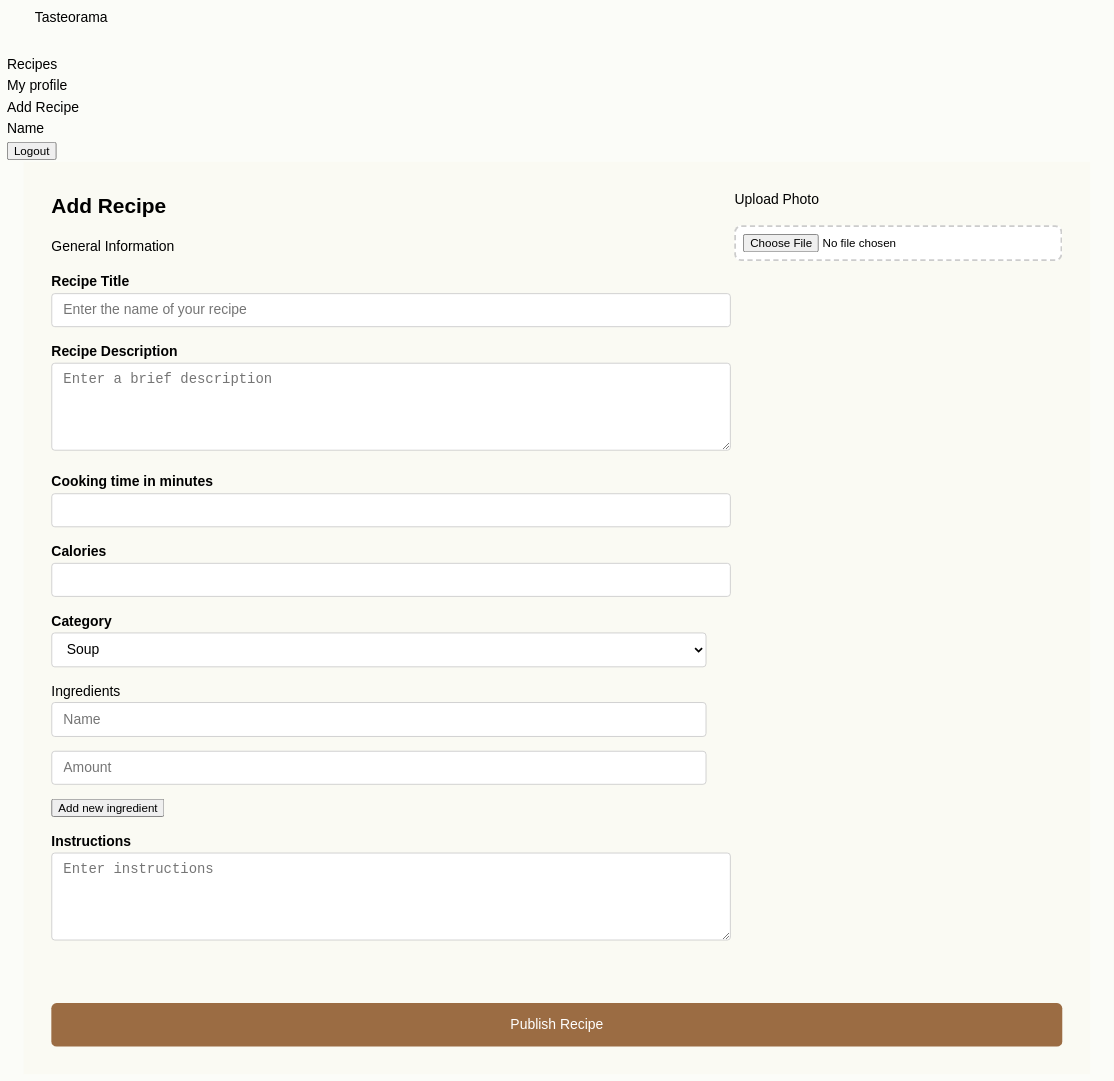
Repository: Alex-chernomor/frontEndRepo
Page: /
These files come from the project's save history. The page is drawn as it stood at one moment and after the next save; the edit follows.
The browser window is 1280 px wide. The pictures show the whole page, at 87% of full size.
The project was rebuilt for these pictures with package versions that can differ from the ones it lists, and the page was loaded fresh each time. Also part of the build but not shown: vite.config.js, src/sections/Header/Header.module.css.

Above is the page before, as saved 2025-07-03 22:59:28.

### index.html
<!DOCTYPE html>
<html lang="en">
  <head>
    <meta charset="UTF-8" />
    <link rel="icon" type="image/svg+xml" href="/logo.svg" />
    <meta name="viewport" content="width=device-width, initial-scale=1.0" />
    <title>Tasteorama</title>
  </head>
  <body>
    <div id="root"></div>
    <script type="module" src="/src/main.jsx"></script>
  </body>
</html>

### src/main.jsx
import { StrictMode } from "react";
import { createRoot } from "react-dom/client";
import { Provider } from "react-redux";
import { PersistGate } from "redux-persist/integration/react";
// import { store, persistor } from "./redux/store.js";
import "./index.css";
import App from "./App.jsx";
import { BrowserRouter } from "react-router-dom";

createRoot(document.getElementById("root")).render(
  <StrictMode>
    {/* <Provider store={store}> */}
    {/* <PersistGate persistor={persistor}> */}
    <BrowserRouter>
      <App />
    </BrowserRouter>
    {/* </PersistGate> */}
    {/* </Provider> */}
  </StrictMode>
);

### src/index.css
body {
  font-family: "Montserrat", sans-serif;
  line-height: 1.55;
  font-weight: 400;
  background-color: #fbfcf8;
  color: #000000;
  height: 100%;
}

h1,
h2,
h3,
h4,
h5,
h6,
p {
  margin: 0;
}

ul {
  margin: 0;
  padding: 0;
  list-style: none;
}

a {
  color: currentColor;
  text-decoration: none;
  cursor: pointer;
}

button {
  cursor: pointer;
  font-family: inherit;
}

img {
  display: block;
  width: 100%;
  height: auto;
  object-fit: cover;
}

input {
  color: inherit;
  font-family: inherit;
}

.container {
  min-width: 320px;
  max-width: 393px;
  padding-right: 16px;
  padding-left: 16px;
  margin: 0 auto;
}

@media screen and (min-width: 768px) {
  .container {
    max-width: 768px;
    padding-right: 32px;
    padding-left: 32px;
  }
}

@media screen and (min-width: 1440px) {
  .container {
    max-width: 1440px;
    padding-right: 108px;
    padding-left: 108px;
  }
}

### src/App.jsx
import React from "react";
import Header from "./sections/Header/Header";
// import ModalWindow from "./components/ModalWindow/ModalWindow";
import RecipeForm from "./components/RecipeForm/RecipeForm.jsx";

export default function App() {
  return (
    <div>
      <Header />
      {/* <ModalWindow /> */}
      <RecipeForm />
    </div>
  );
}

### src/sections/Header/Header.jsx
// Section header
// Use LogoComponent, Recipes link, User menu or AuthNav ( {isLoggedIn ? <UserMenu /> : <AuthNav />})
import Logo from "../../components/Logo/Logo.jsx";
import { Link, NavLink } from "react-router";
import clsx from "clsx";
import css from "./Header.module.css";

const getLinkStyles = ({ isActive }) => {
  return clsx(css.link, isActive && css.active);
};

export default function Header() {
  return (
    <div>
      <ul>
        <li>
          <Link to="/">
            <Logo />
          </Link>
        </li>
        <li>
          <NavLink to="/recipes" className={getLinkStyles}>
            Recipes
          </NavLink>
        </li>
        <li>
          <NavLink to="/user/profile" className={getLinkStyles}>
            My profile
          </NavLink>
        </li>
        <li>
          <NavLink to="/add-recipe" className={getLinkStyles}>
            Add Recipe
          </NavLink>
        </li>
      </ul>
      {/* <img src="" alt="" /> */}
      <p>Name</p>
      <button>Logout</button>
    </div>
  );
}

### src/components/RecipeForm/RecipeForm.jsx
import React, { useState } from "react";
import { Field, Form, Formik, ErrorMessage, FieldArray } from "formik";
import css from "./RecipeForm.module.css";
import * as Yup from "yup";

const RecipeSchema = Yup.object().shape({
  title: Yup.string().required("Required"),
  description: Yup.string().required("Required"),
  cookingTime: Yup.number().positive("Must be positive").required("Required"),
  calories: Yup.string().required("Required"),
  category: Yup.string().required("Required"),
  ingredients: Yup.array().of(
    Yup.object().shape({
      name: Yup.string().required("Required"),
      amount: Yup.string().required("Required"),
    })
  ),
  instructions: Yup.string().required("Required"),
  photo: Yup.mixed().nullable(),
});

export default function RecipeForm({ onAdd }) {
  const [preview, setPreview] = useState(null);

  return (
    <Formik
      initialValues={{
        title: "",
        description: "",
        ingredients: "",
        instructions: "",
      }}
      onSubmit={(values) => {
        const dataToSubmit = {
          ...values,
          ingredients: values.ingredients.map((i) => ({ ...i })),
        };
        console.log(dataToSubmit);
      }}
    >
      {(values, setFieldValue) => (
        <Form className={css.formWrapper}>
          <div className={css.leftColumn}>
            <h2 className={css.sectionTitle}>Add Recipe</h2>
            <p className={css.generalInfo}>General Information</p>

            <div>
              <label htmlFor="title">Recipe Title</label>
              <Field
                name="title"
                placeholder="Enter the name of your recipe"
                className={css.input}
              />
              <ErrorMessage
                name="title"
                component="div"
                className={css.error}
              />
            </div>

            <div>
              <label htmlFor="description">Recipe Description</label>
              <Field
                name="description"
                as="textarea"
                placeholder="Enter a brief description"
                className={css.input}
              />
              <ErrorMessage
                name="description"
                component="div"
                className={css.error}
              />
            </div>

            <div>
              <label htmlFor="cookingTime">Cooking time in minutes</label>
              <Field name="cookingTime" type="number" className={css.input} />
              <ErrorMessage
                name="cookingTime"
                component="div"
                className={css.error}
              />
            </div>

            <div>
              <label htmlFor="calories">Calories</label>
              <Field name="calories" className={css.input} />
              <ErrorMessage
                name="calories"
                component="div"
                className={css.error}
              />
            </div>

            <div>
              <label htmlFor="category">Category</label>
              <Field name="category" as="select" className={css.input}>
                <option value="Soup">Soup</option>
                <option value="Main">Main</option>
                <option value="Dessert">Dessert</option>
              </Field>
              <ErrorMessage
                name="category"
                component="div"
                className={css.error}
              />
            </div>

            <FieldArray name="ingredients">
              {({ push, remove }) => (
                <div>
                  <p className={css.ingredientsTitle}>Ingredients</p>
                  <div className={css.ingredientRow}>
                    <Field
                      name="ingredientName"
                      placeholder="Name"
                      className={css.input}
                    />
                    <Field
                      name="ingredientAmount"
                      placeholder="Amount"
                      className={css.input}
                    />
                    <button
                      type="button"
                      onClick={() => {
                        if (values.ingredientName && values.ingredientAmount) {
                          push({
                            name: values.ingredientName,
                            amount: values.ingredientAmount,
                          });
                          setFieldValue("ingredientName", "");
                          setFieldValue("ingredientAmount", "");
                        }
                      }}
                    >
                      Add new ingredient
                    </button>
                  </div>
                  <div className={css.ingredientList}>
                    {/* {values.ingredients.map((ing, index) => (
                      <div key={index} className={css.ingredientItem}>
                        {ing.name} — {ing.amount}
                        <button
                          type="button"
                          className={css.deleteBtn}
                          onClick={() => remove(index)}
                        >
                          🗑
                        </button>
                      </div>
                    ))} */}
                  </div>
                </div>
              )}
            </FieldArray>

            <div>
              <label htmlFor="instructions">Instructions</label>
              <Field
                name="instructions"
                as="textarea"
                placeholder="Enter instructions"
                className={css.input}
              />
              <ErrorMessage
                name="instructions"
                component="div"
                className={css.error}
              />
            </div>
          </div>

          <div className={css.rightColumn}>
            <p className={css.uploadPhoto}>Upload Photo</p>
            <input
              name="photo"
              type="file"
              accept="image/*"
              className={css.uploadImage}
              onChange={(event) => {
                const file = event.currentTarget.files[0];
                setFieldValue("photo", file);
                setPreview(URL.createObjectURL(file));
              }}
            />
            {preview && (
              <img src={preview} alt="Preview" className={css.previewImage} />
            )}
          </div>

          <button type="submit" className={css.submitBtn}>
            Publish Recipe
          </button>
        </Form>
      )}
    </Formik>
  );
}

### src/components/Logo/Logo.jsx
import css from './Logo.module.css';

export default function Logo() {
  return (
    <div className={css.container}>
      <div className={css.logo}>
        <svg className={css.icon} height="46">
          <use href="/logo.svg" />
        </svg>
        <p>Tasteorama</p>
      </div>
    </div>
  );
}

### src/components/RecipeForm/RecipeForm.module.css
label {
    color: black;
}


.formWrapper {
    display: grid;
    grid-template-columns: 2fr 1fr;
    gap: 2rem;
    max-width: 1226px;
    width: 100%;
    margin: 0 auto;
    padding: 2rem;
    background-color: #fafaf3;
    box-sizing: border-box;
}

.leftColumn,
.rightColumn {
    display: flex;
    flex-direction: column;
    gap: 1rem;
}

.sectionTitle {
    color: black;
}

.generalInfo {
    color: black;
}

.uploadPhoto {
    color: black;
}

.input,
select,
textarea {
    width: 100%;
    padding: 0.6rem 0.8rem;
    font-size: 1rem;
    border: 1px solid #ccc;
    border-radius: 4px;
    background-color: white;
}

textarea {
    resize: vertical;
    min-height: 80px;
}

label {
    font-weight: 600;
    margin-bottom: 0.25rem;
}

.error {
    color: red;
    font-size: 0.85rem;
}

.uploadImage {
    padding: 0.5rem;
    background: #fff;
    border: 2px dashed #ccc;
    border-radius: 8px;
    text-align: center;
    cursor: pointer;
}

.previewImage {
    width: 100%;
    max-width: 100%;
    height: auto;
    object-fit: cover;
    border-radius: 8px;
}

.ingredientsTitle {
    color: black;
}

.ingredientRow {
    display: flex;
    gap: 1rem;
    flex-wrap: wrap;
}

.ingredientItem {
    display: flex;
    justify-content: space-between;
    padding: 0.5rem;
    border: 1px solid #ddd;
    border-radius: 4px;
    background-color: white;
}

.ingredientList {
    display: flex;
    flex-direction: column;
    gap: 0.5rem;
}

.deleteBtn {
    background: none;
    border: none;
    color: red;
    font-size: 1.2rem;
    cursor: pointer;
}

.submitBtn {
    grid-column: span 2;
    margin-top: 2rem;
    padding: 1rem;
    background-color: #9b6c43;
    color: white;
    font-size: 1rem;
    border: none;
    border-radius: 6px;
    cursor: pointer;
}

/* 📱 Mobile: до 768px */
@media (max-width: 768px) {
    .formWrapper {
        grid-template-columns: 1fr;
        width: 100%;
        padding: 1rem;
        gap: 1rem;
    }

    .submitBtn {
        grid-column: span 1;
        padding: 0.8rem;
        font-size: 1rem;
    }

    .ingredientRow {
        flex-direction: column;
    }

    .input,
    select,
    textarea {
        font-size: 0.95rem;
        padding: 0.5rem;
    }
}

/* 📱 Tablet: 768px — 1023px */
@media (min-width: 768px) and (max-width: 1025px) {
    .formWrapper {
        grid-template-columns: 1fr;
        width: 100%;
        padding: 1.5rem;
        gap: 1.5rem;
    }

    .submitBtn {
        grid-column: span 1;
    }

    .ingredientRow {
        flex-direction: row;
    }
}

/* 🖥 Desktop: 1026px і більше */
@media (min-width: 1026px) {
    .formWrapper {
        grid-template-columns: 2fr 1fr;
        width: 1440px;
        padding: 2rem;
        gap: 2rem;
    }

    .submitBtn {
        grid-column: span 2;
    }
}

### src/components/Logo/Logo.module.css
.link {
  display: flex;
  align-items: center;
  gap: 8px;
  text-decoration: none;
}

.icon {
  margin-top: 8px;
  display: block;
  width: 32px;
  height: 46px;
  fill: currentColor;
}

.logo {
  display: flex;
  align-content: center;
}

.container {
  justify-content: center;
  align-items: center;
}

After the next save:
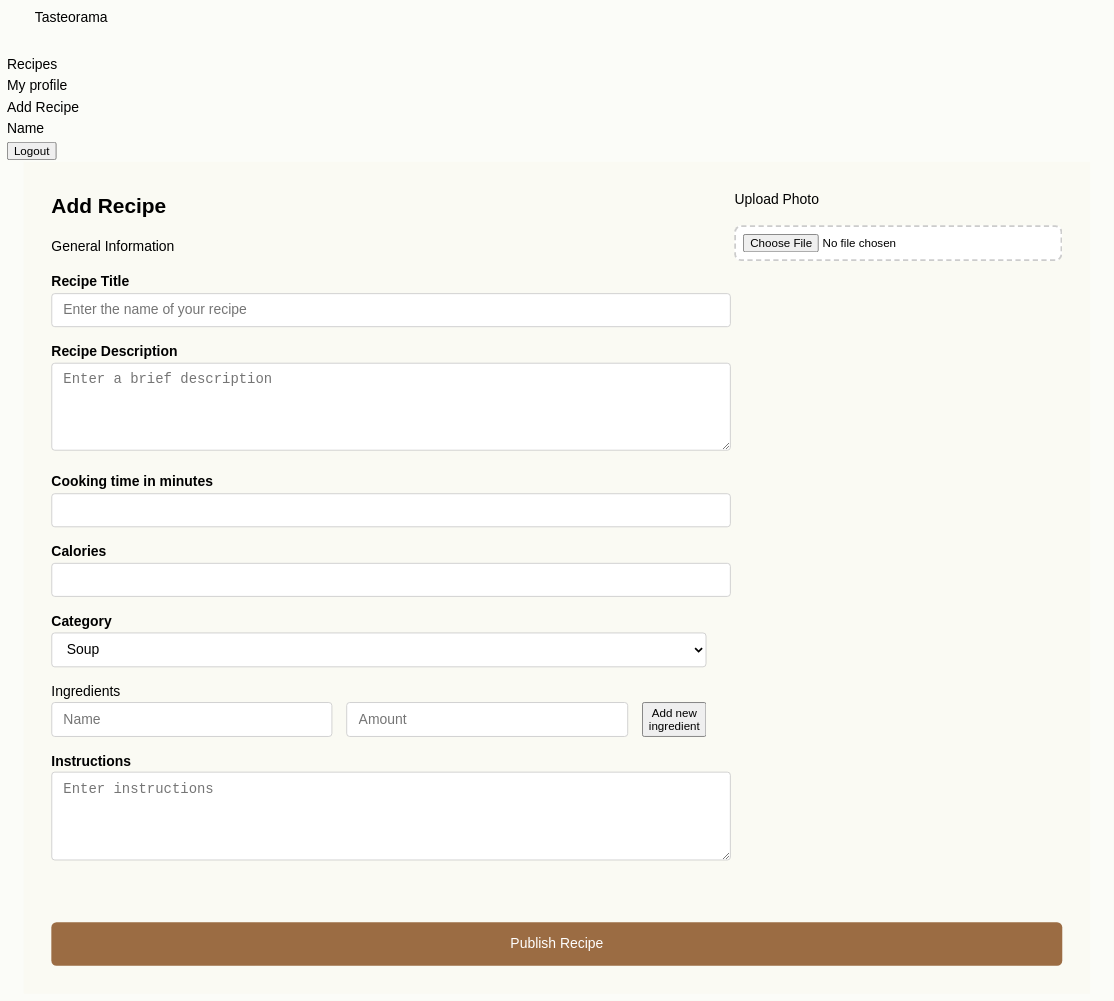
Saved 88 s later.
--- a/src/components/RecipeForm/RecipeForm.module.css
+++ b/src/components/RecipeForm/RecipeForm.module.css
@@ -84,7 +84,7 @@ label {
 .ingredientRow {
     display: flex;
     gap: 1rem;
-    flex-wrap: wrap;
+    /* flex-wrap: wrap; */
 }
 
 .ingredientItem {
